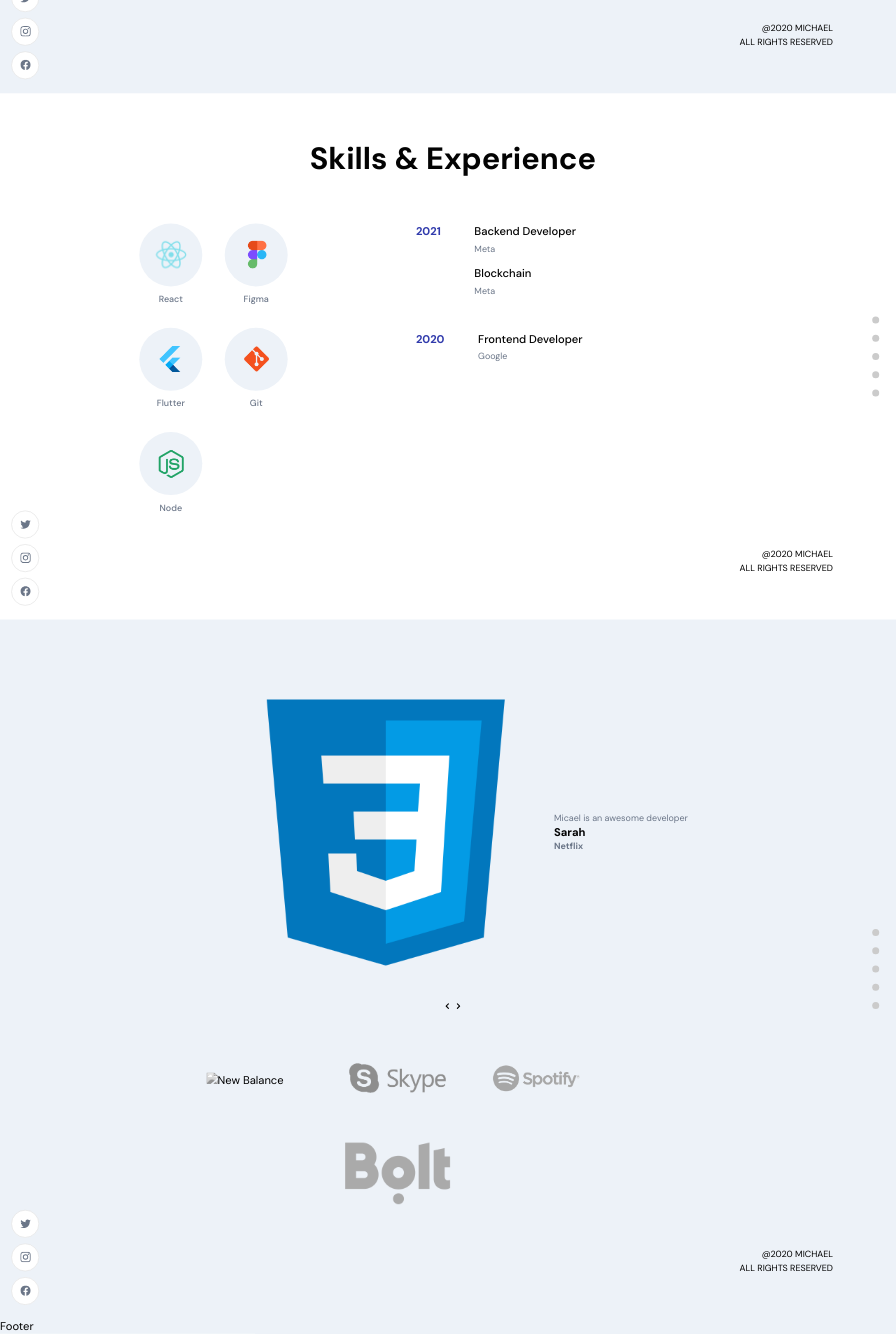
Repository: itbeginswithi/react_jsm_portfolio
Page: /
These files come from the project's save history. The page is drawn as it stood at one moment and after a run of saves; the edit follows.
The browser window is 1280 px wide. The pictures show the part of the page from y = 2105 to 4025 px (the page is 4011 px tall before and 4025 px after), at 70% of full size.
The project was rebuilt for these pictures with package versions that can differ from the ones it lists, and the page was loaded fresh each time. Also part of the build but not shown: src/containers/Footer/Footer.scss.

Above is the page before, as saved 2022-04-05 08:59:38.

After the next 6 saves:
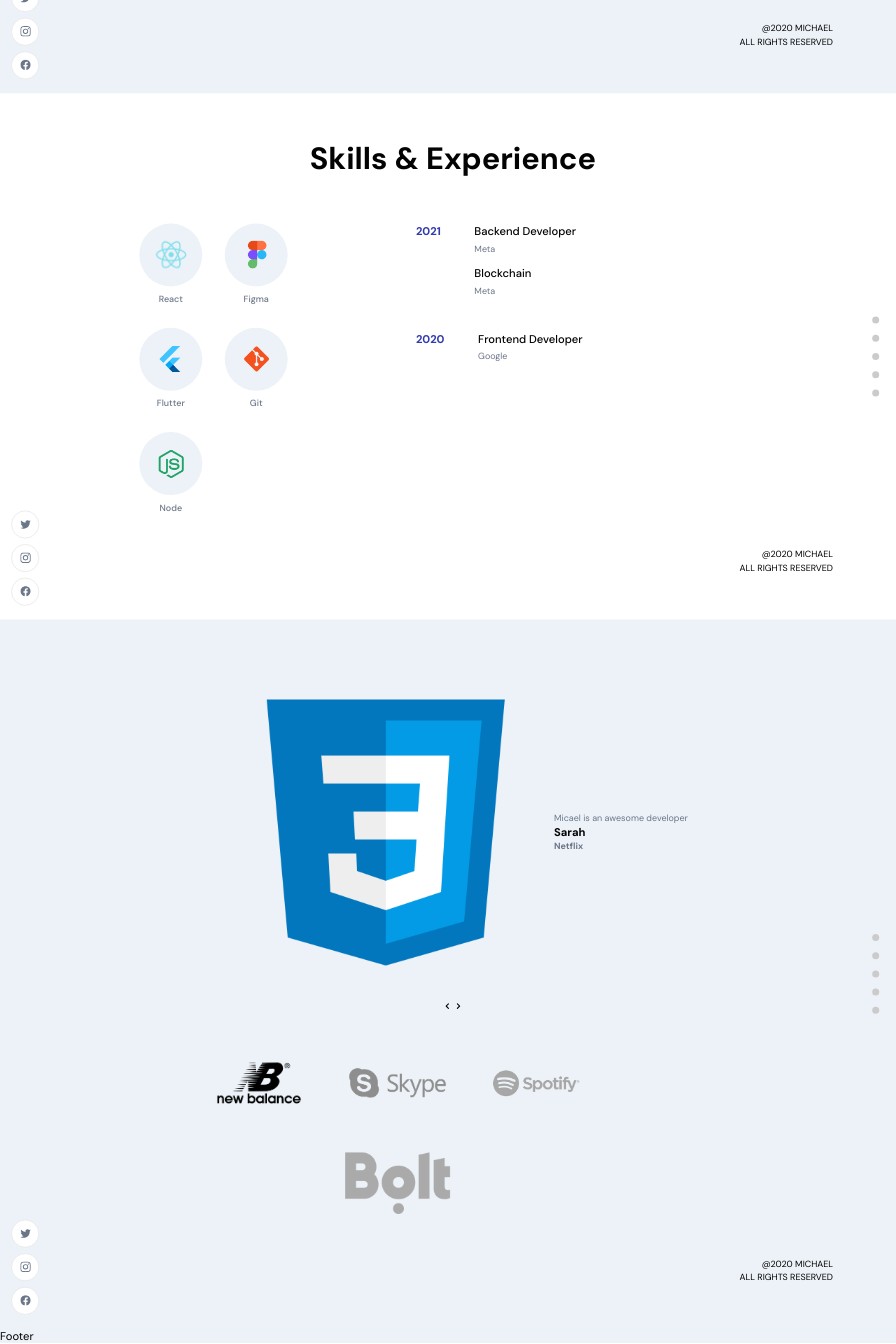
The 6 saves are shown as one change because 1 did not build or start and some came seconds apart.
The last was saved 47 s later.
--- a/src/containers/Testimonials/Testimonials.jsx
+++ b/src/containers/Testimonials/Testimonials.jsx
@@ -9,7 +9,7 @@
 const brands = [
   {
     name: 'New Balance',
-    imgUrl: images.newBalance
+    imgUrl: images.nb
   },
   {
     name: 'Skype',
